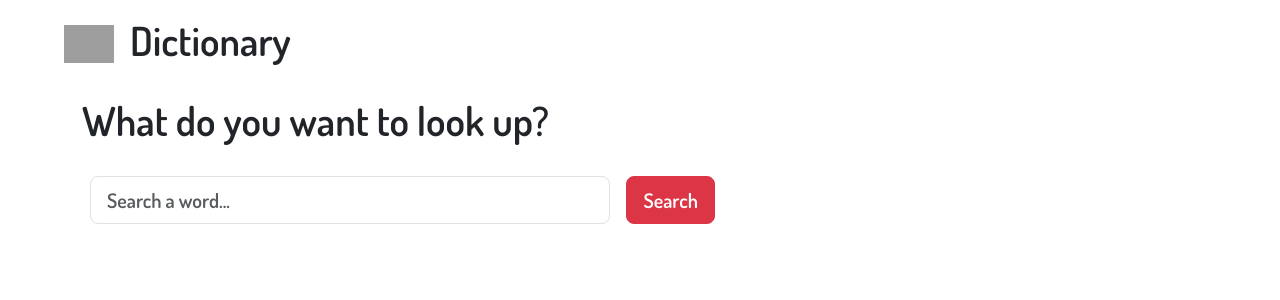
Repository: moehaymanmyint/react-dictionary-app
Page: /
The author's editor kept a copy of each file at every save. The page is drawn from the files as they stood at one save, then again after a run of saves.
The browser window is 1280 px wide. The pictures show the whole page.
Pictures or frames that could not be fetched are drawn as grey boxes. The project was rebuilt for these pictures with package versions that can differ from the ones it lists, and the page was loaded fresh each time. Also part of the build but not shown: src/Synonyms.js, src/Meaning.js, src/Phonetics.js, src/Results.js.

Above is the page before, as saved 2024-09-06 11:49:07.

### public/index.html
<!DOCTYPE html>
<html lang="en">
  <head>
    <meta charset="utf-8" />
    <link rel="icon" href="%PUBLIC_URL%/favicon.ico" />
    <meta name="viewport" content="width=device-width, initial-scale=1" />
    <meta name="theme-color" content="#000000" />
    <meta
      name="description"
      content="Web site created using create-react-app"
    />
    <link rel="apple-touch-icon" href="%PUBLIC_URL%/logo192.png" />
    <!--
      manifest.json provides metadata used when your web app is installed on a
      user's mobile device or desktop. See https://developers.google.com/web/fundamentals/web-app-manifest/
    -->
    <link rel="manifest" href="%PUBLIC_URL%/manifest.json" />
    <!--
      Notice the use of %PUBLIC_URL% in the tags above.
      It will be replaced with the URL of the `public` folder during the build.
      Only files inside the `public` folder can be referenced from the HTML.

      Unlike "/favicon.ico" or "favicon.ico", "%PUBLIC_URL%/favicon.ico" will
      work correctly both with client-side routing and a non-root public URL.
      Learn how to configure a non-root public URL by running `npm run build`.
    -->
    <title>React App</title>
  </head>
  <body>
    <noscript>You need to enable JavaScript to run this app.</noscript>
    <div id="root"></div>
    <!--
      This HTML file is a template.
      If you open it directly in the browser, you will see an empty page.

      You can add webfonts, meta tags, or analytics to this file.
      The build step will place the bundled scripts into the <body> tag.

      To begin the development, run `npm start` or `yarn start`.
      To create a production bundle, use `npm run build` or `yarn build`.
    -->
  </body>
</html>

### src/App.js
import './App.css';
import 'bootstrap/dist/css/bootstrap.css';

import Search from "./Search"

function App() {
  return (
    <div className="App">
      {/* Logo */}
      <div className='logo m-3 mx-5 d-flex align-items-center'>
        <img src="https://th.bing.com/th/id/R.1ebe3e38406a8906121c9769e62adc3e?rik=d1hISy0qiMJ7Hg&pid=ImgRaw&r=0" alt="Logo" className='mx-3'/>
        <h2>Dictionary</h2>
      </div>

      <div className='container'>
        <Search />
      </div>
    </div>
  );
}

export default App;

### src/App.css
@import url('https://fonts.googleapis.com/css2?family=Dosis:wght@600&display=swap');

.App img{
    width: 50px;
}

.App{
    font-family: "Dosis", sans-serif;
}

### src/Search.js
import React, {useState} from "react";
import 'bootstrap/dist/css/bootstrap.css';
import axios from "axios";
import Results from "./Results"
import "./Dictionary.css";

export default function Search(){
    let [word, setWord] = useState('');
    let [results, setResult] = useState(null);

    function handleResponse(response){
        console.log(response.data[0]);
        setResult(response.data[0])
    }

    function handleSubmit(event){
        event.preventDefault();

        //API
        let apiUrl = `https://api.dictionaryapi.dev/api/v2/entries/en_US/${word}`;
        axios.get(apiUrl).then(handleResponse);
    }

    function updateWord(event){
        setWord(event.target.value);
    }

    return (
        <div className="Search">
            <h1 className="my-4">What do you want to look up?</h1>
            <div className="row d-flex">
                <div className="col-7">
                    <form onSubmit={handleSubmit} className="d-flex">
                        <input type="search" className="form-control form-control-lg m-2" value={word} onChange={updateWord} placeholder="Search a word..."/>
                        <input type="submit" value="Search" className="btn btn-danger btn-lg m-2"/>
                    </form>
                    <section className="meaning">
                        <Results results={results}/>
                    </section>
                </div>
                <div className="col-5">

                </div>
            </div>
        </div>
    );
}

### src/Dictionary.css

.Results .box,
.Meaning{
    background-color: white;
    box-shadow: rgba(100, 100, 111, 0.2) 0px 7px 29px 0px;
    border-radius: 10px;
}

h2{
    font-size: 40px;
    text-transform: capitalize;
}

p{
    font-size: 18px;
}

Loaded but not shown: src/index.js (common file); src/index.css (common file); src/reportWebVitals.js (common file)

After the next 2 saves:
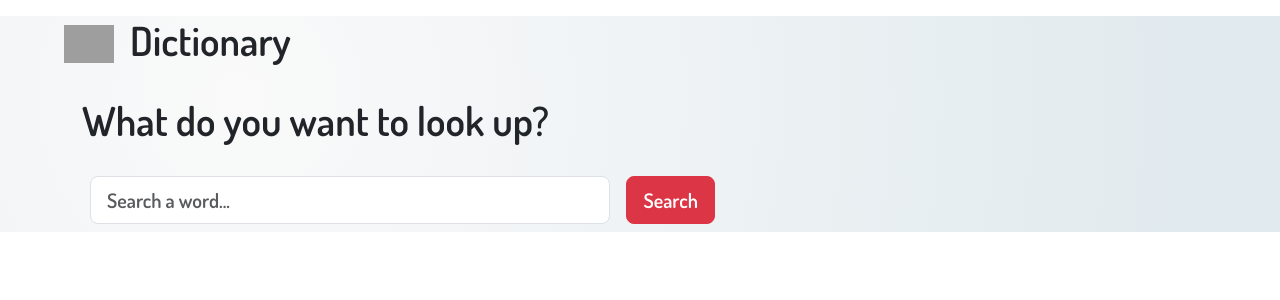
The 2 saves are shown as one change because they came seconds apart.
The last was saved 30 s later.
--- a/src/App.css
+++ b/src/App.css
@@ -6,4 +6,5 @@
 
 .App{
     font-family: "Dosis", sans-serif;
+    background: radial-gradient(circle at 18.7% 37.8%, rgb(250, 250, 250) 0%, rgb(225, 234, 238) 90%);;
 }
